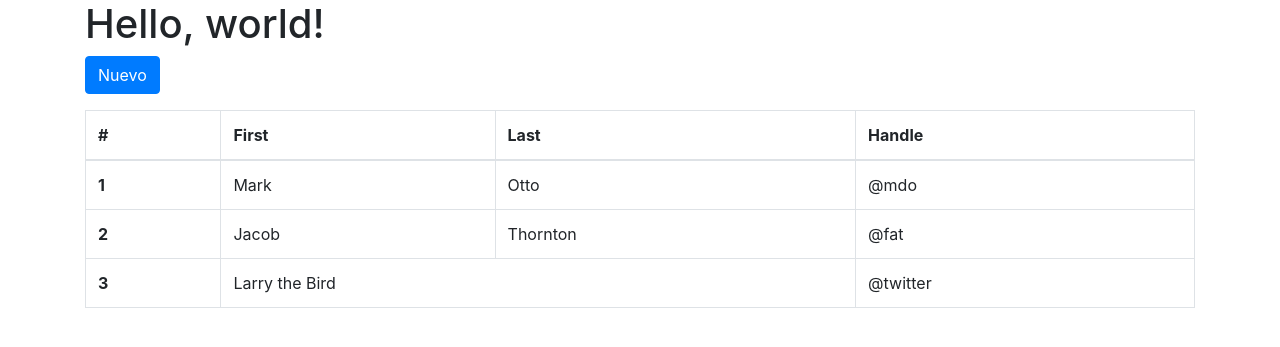
Repository: elrodriguez/uploadfile
Page: http://localhost/thesis
The author's editor kept a copy of each file at every save. The page is drawn from the files as they stood at one save, then again after a run of saves.
The browser window is 1280 px wide. The pictures show the whole page.
Some web libraries are served in a nearby version. The page is served by the project's Laravel application, run on PHP 8.4 with Laravel 8. Queries for data that is not in the repository find no rows.

Above is the page before, as saved 2021-01-27 10:56:26.

After the next 4 saves:
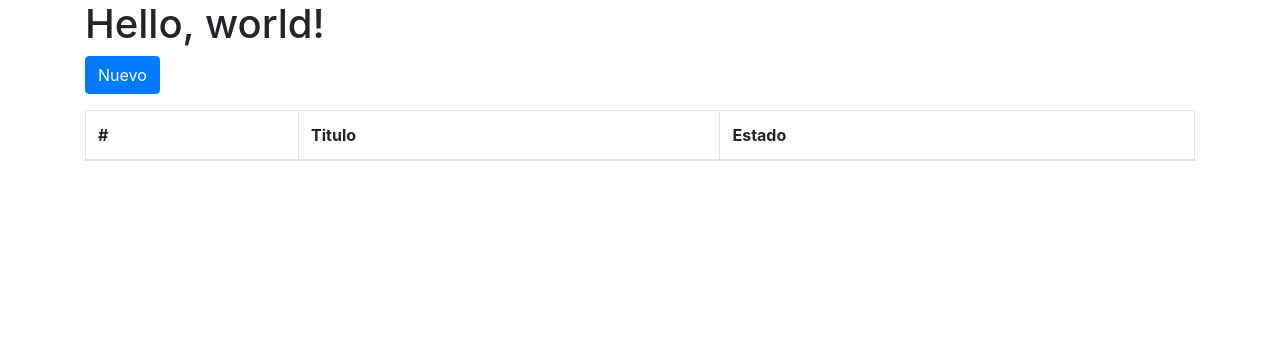
The 4 saves are shown as one change because 3 did not build or start.
The last was saved 2 min 16 s later.
--- a/routes/web.php
+++ b/routes/web.php
@@ -21,7 +21,7 @@ Route::get('/', function () {
 Route::get('/thesis', function () {
     $theses = Thesis::all();
 
-    return view('thesis',['theses '=>$theses ]);
+    return view('thesis')->with('theses',$theses);
 });
 
 Route::post('/thesis/register', [ThesisController::class, 'store'])->name('thesis_register');
--- a/resources/views/thesis.blade.php
+++ b/resources/views/thesis.blade.php
@@ -18,29 +18,19 @@
         <thead>
           <tr>
             <th scope="col">#</th>
-            <th scope="col">First</th>
-            <th scope="col">Last</th>
-            <th scope="col">Handle</th>
-          </tr>
+            <th scope="col">Titulo</th>
+            <th scope="col">Estado</th>
+           </tr>
         </thead>
         <tbody>
-          <tr>
-            <th scope="row">1</th>
-            <td>Mark</td>
-            <td>Otto</td>
-            <td>@mdo</td>
-          </tr>
-          <tr>
-            <th scope="row">2</th>
-            <td>Jacob</td>
-            <td>Thornton</td>
-            <td>@fat</td>
-          </tr>
-          <tr>
-            <th scope="row">3</th>
-            <td colspan="2">Larry the Bird</td>
-            <td>@twitter</td>
-          </tr>
+            @foreach ($theses as $key => $item)
+                <tr>
+                    <th scope="row">{{ $key + 1 }}</th>
+                    <td>{{ $item->title }}</td>
+                    <td>{{ $item->state }}</td>
+                </tr>
+            @endforeach
+
         </tbody>
       </table>
       <!-- Modal -->
